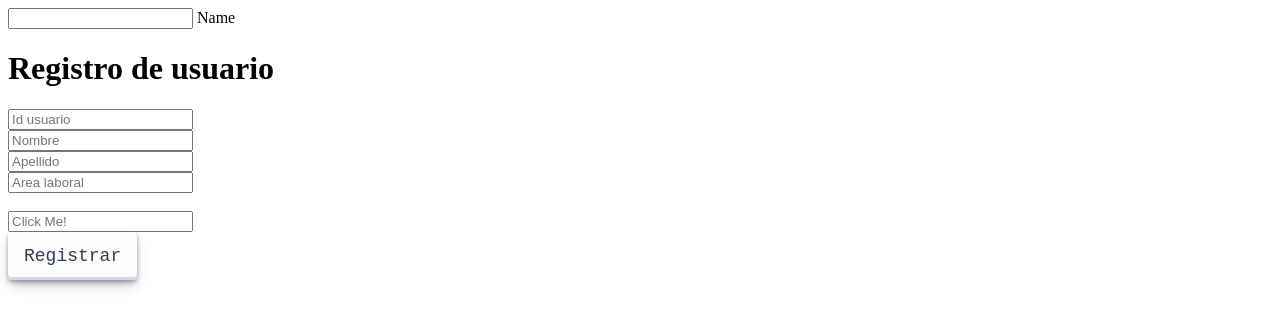
Repository: Alejandr0Aceved0/AWS_SERVICES_AND_INSTANCES
Page: register.html
An editor plug-in stored every save of this project. The page is shown before and after the next save, followed by the edit.
The browser window is 1280 px wide. The pictures show the whole page.

Above is the page before, as saved 2024-10-17 16:12:55.

### register.html
<!DOCTYPE html>
<html>

<head>
    <meta charset='utf-8'>
    <meta http-equiv='X-UA-Compatible' content='IE=edge'>
    <title>Register Page</title>
    <meta name='viewport' content='width=device-width, initial-scale=1'>
    <link rel='stylesheet' type='text/css' media='screen' href='styles/appRegister.css'>
    <script src='appRegister.js'></script>
</head>

<body>

    <div class="form-field col x-50">
        <input id="name" class="input-text js-input" type="text" required>
        <label class="label" for="name">Name</label>
     </div>

    <p>
    <h1>Registro de usuario</h1>

    <input type="text" placeholder="Id usuario" class="form-input-text__FormInput-sc-xxedi2-0 form-input-text___StyledFormInput-sc-xxedi2-1 dzARff ldZduL">
    <br>

    <input type="text" placeholder="Nombre" class="form-input-text__FormInput-sc-xxedi2-0 form-input-text___StyledFormInput-sc-xxedi2-1 dzARff ldZduL">
    <br>

    <input type="text" placeholder="Apellido" class="form-input-text__FormInput-sc-xxedi2-0 form-input-text___StyledFormInput-sc-xxedi2-1 dzARff ldZduL">
    <br>

    <input type="text" placeholder="Area laboral" class="form-input-text__FormInput-sc-xxedi2-0 form-input-text___StyledFormInput-sc-xxedi2-1 dzARff ldZduL">
    <br>
    <br>

    <input type="text" placeholder="Click Me!" class="form-input-text__FormInput-sc-xxedi2-0 form-input-text___StyledFormInput-sc-xxedi2-1 dzARff ldZduL">
    <br>

    <button class="button-30" role="button">Registrar</button>
</body>

</html>

### styles/appRegister.css
.input {

}




.button-30 {
    align-items: center;
    appearance: none;
    background-color: #FCFCFD;
    border-radius: 4px;
    border-width: 0;
    box-shadow: rgba(45, 35, 66, 0.4) 0 2px 4px, rgba(45, 35, 66, 0.3) 0 7px 13px -3px, #D6D6E7 0 -3px 0 inset;
    box-sizing: border-box;
    color: #36395A;
    cursor: pointer;
    display: inline-flex;
    font-family: "JetBrains Mono", monospace;
    height: 48px;
    justify-content: center;
    line-height: 1;
    list-style: none;
    overflow: hidden;
    padding-left: 16px;
    padding-right: 16px;
    position: relative;
    text-align: left;
    text-decoration: none;
    transition: box-shadow .15s, transform .15s;
    user-select: none;
    -webkit-user-select: none;
    touch-action: manipulation;
    white-space: nowrap;
    will-change: box-shadow, transform;
    font-size: 18px;
}

.button-30:focus {
    box-shadow: #D6D6E7 0 0 0 1.5px inset, rgba(45, 35, 66, 0.4) 0 2px 4px, rgba(45, 35, 66, 0.3) 0 7px 13px -3px, #D6D6E7 0 -3px 0 inset;
}

.button-30:hover {
    box-shadow: rgba(45, 35, 66, 0.4) 0 4px 8px, rgba(45, 35, 66, 0.3) 0 7px 13px -3px, #D6D6E7 0 -3px 0 inset;
    transform: translateY(-2px);
}

.button-30:active {
    box-shadow: #D6D6E7 0 3px 7px inset;
    transform: translateY(2px);
}

Loaded but not shown: appRegister.js (no copy from this time; the picture is the same without it)

After the next save:
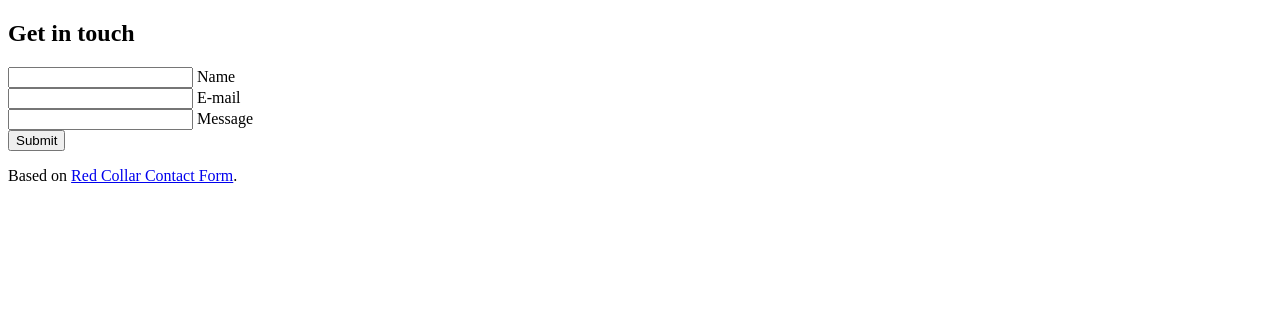
Saved 3 min 25 s later.
--- a/register.html
+++ b/register.html
@@ -12,7 +12,31 @@
 
 <body>
 
-    <div class="form-field col x-50">
+
+    <section class="get-in-touch">
+        <h1 class="title">Get in touch</h1>
+        <form class="contact-form row">
+           <div class="form-field col x-50">
+              <input id="name" class="input-text js-input" type="text" required>
+              <label class="label" for="name">Name</label>
+           </div>
+           <div class="form-field col x-50">
+              <input id="email" class="input-text js-input" type="email" required>
+              <label class="label" for="email">E-mail</label>
+           </div>
+           <div class="form-field col x-100">
+              <input id="message" class="input-text js-input" type="text" required>
+              <label class="label" for="message">Message</label>
+           </div>
+           <div class="form-field col x-100 align-center">
+              <input class="submit-btn" type="submit" value="Submit">
+           </div>
+        </form>
+     </section>
+     <p class="note">Based on <a class="link" href="http://redcollar.digital/contacts/" target="blank">Red Collar Contact Form</a>.</p>
+
+
+    <!-- <div class="form-field col x-50">
         <input id="name" class="input-text js-input" type="text" required>
         <label class="label" for="name">Name</label>
      </div>
@@ -36,7 +60,7 @@
     <input type="text" placeholder="Click Me!" class="form-input-text__FormInput-sc-xxedi2-0 form-input-text___StyledFormInput-sc-xxedi2-1 dzARff ldZduL">
     <br>
 
-    <button class="button-30" role="button">Registrar</button>
+    <button class="button-30" role="button">Registrar</button> -->
 </body>
 
 </html>
